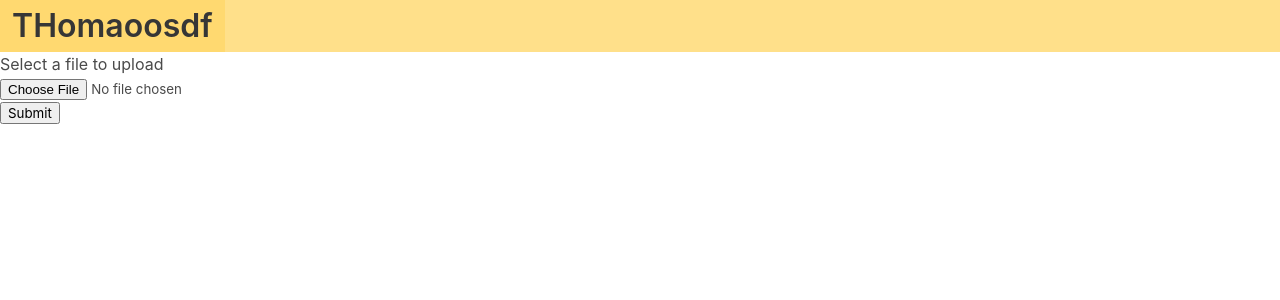
Repository: Manumathew01/Segmentation-of-retinal-images
Page: http://localhost/
These files come from the project's save history. The page is drawn as it stood at one moment and after a run of saves; the edit follows.
The browser window is 1280 px wide. The pictures show the whole page.
The page is served by the project's application, run on Flask 3 (main.py).

Above is the page before, as saved 2022-05-16 19:20:21.

### templates/base.html
<!DOCTYPE html>
<html>
  <head>
    <meta charset="utf-8" />
    <meta name="viewport" content="width=device-width, initial-scale=1" />
    <title>{% block title %}Home{% endblock %}</title>
    <link
      rel="stylesheet"
      href="https://cdn.jsdelivr.net/npm/bulma@0.9.3/css/bulma.min.css"
    />
  </head>
  <body>
    <nav
      class="navbar is-warning"
      role="navigation"
      aria-label="main navigation"
    >
      <div class="navbar-brand">
        <a class="navbar-item" href="/">
          <p class="title">THomaoosdf</p>
        </a>

        <a
          role="button"
          class="navbar-burger"
          aria-label="menu"
          aria-expanded="false"
          data-target="navbarBasicExample"
        >
          <span aria-hidden="true"></span>
          <span aria-hidden="true"></span>
          <span aria-hidden="true"></span>
        </a>
      </div>

      <div id="navbarBasicExample" class="navbar-menu">
        <div class="navbar-start"></div>

        <div class="navbar-end">
        </div>
      </div>
    </nav>

    <h2>Select a file to upload</h2>
      <p>
      {% with messages = get_flashed_messages() %}
        {% if messages %}
        <ul>
        {% for message in messages %}
          <li>{{ message }}</li>
        {% endfor %}
        </ul>
        {% endif %}
      {% endwith %}
    </p>
    {% if filename %}
      <div>
        <img src="{{ url_for('display_image', filename=filename) }}">
      </div>
    {% endif %}
  <form method="post" action="/" enctype="multipart/form-data">
    <dl>
    <p>
      <input type="file" name="file" autocomplete="off" required>
    </p>
    </dl>
    <p><input type="submit" value="Submit" onclick="predict()"></p>
  </form>

    {%block content%} {% endblock %}
  </body>
</html>

### main.py
import os
from app import app
import urllib.request
from flask import Flask, flash, request, redirect, url_for, render_template
from werkzeug.utils import secure_filename

ALLOWED_EXTENSIONS = set(['png', 'jpg', 'jpeg', 'gif'])


def allowed_file(filename):
    return '.' in filename and filename.rsplit('.', 1)[1].lower() in ALLOWED_EXTENSIONS


@app.route('/')
def upload_form():
    return render_template('base.html')


@app.route('/', methods=['POST'])
def upload_image():
    if 'file' not in request.files:
        flash('No file part')
        return redirect(request.url)
    file = request.files['file']
    if file.filename == '':
        flash('No image selected for uploading')
        return redirect(request.url)
    if file and allowed_file(file.filename):
        filename = secure_filename(file.filename)
        file.save(os.path.join(app.config['UPLOAD_FOLDER'], filename))
        #print('upload_image filename: ' + filename)
        flash('Image successfully uploaded and displayed below')
        return render_template('base.html', filename=filename)
    else:
        flash('Allowed image types are -> png, jpg, jpeg, gif')
        return redirect(request.url)


def predict():
    print("hel")


@app.route('/display/<filename>')
def display_image(filename):
    #print('display_image filename: ' + filename)
    return redirect(url_for('static', filename='uploads/' + filename), code=301)


if __name__ == "__main__":
    app.run()

### app.py
from flask import Flask

UPLOAD_FOLDER = 'static/uploads/'

app = Flask(__name__)
app.secret_key = "secret key"
app.config['UPLOAD_FOLDER'] = UPLOAD_FOLDER
app.config['MAX_CONTENT_LENGTH'] = 16 * 1024 * 1024

After the next 2 saves:
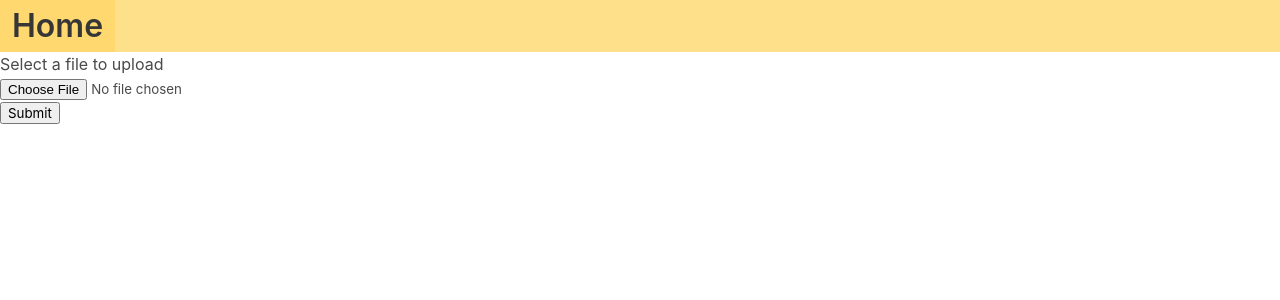
The 2 saves are shown as one change because they came seconds apart.
The last was saved 11 s later.
--- a/templates/base.html
+++ b/templates/base.html
@@ -17,7 +17,7 @@
     >
       <div class="navbar-brand">
         <a class="navbar-item" href="/">
-          <p class="title">THomaoosdf</p>
+          <p class="title">Home</p>
         </a>
 
         <a
